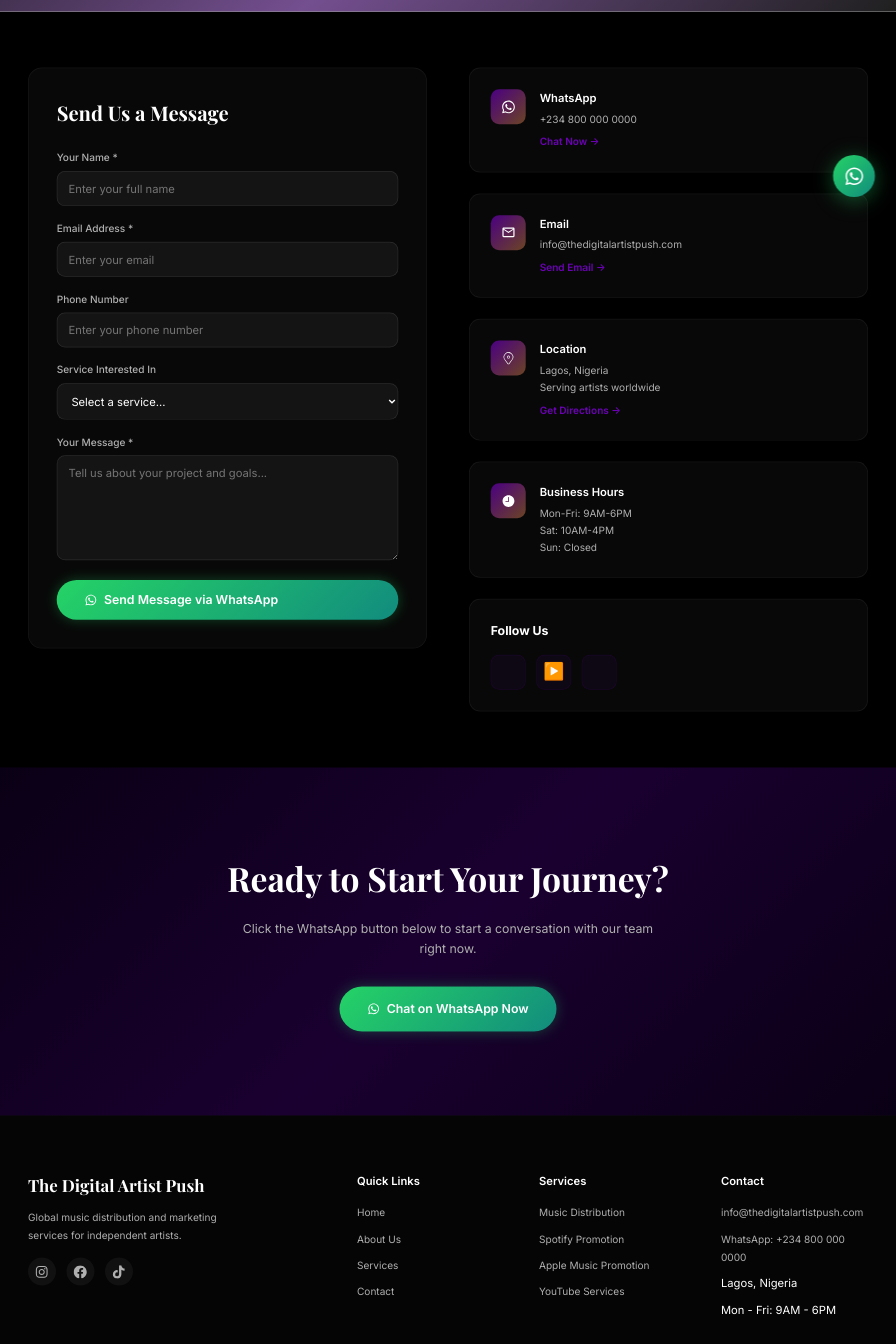
Repository: Ikebobo11/thedigitalartistpush
Page: /contact (app in tdap/)
An editor plug-in stored every save of this project. The page is shown before and after a run of saves, followed by the edit.
The browser window is 1280 px wide. The pictures show the part of the page from y = 408 to 2328 px (the page is 2437 px tall), at 70% of full size.
Pictures or frames that could not be fetched are drawn as grey boxes. The project was rebuilt for these pictures with package versions that can differ from the ones it lists, and the page was loaded fresh each time. Also part of the build but not shown: tdap/vite.config.js, tdap/src/data/servicesData.js, tdap/src/pages/Home.jsx, tdap/src/pages/About.jsx, tdap/src/pages/Services.jsx.

Above is the page before, as saved 2026-06-10 10:44:16.

After the next 2 saves:
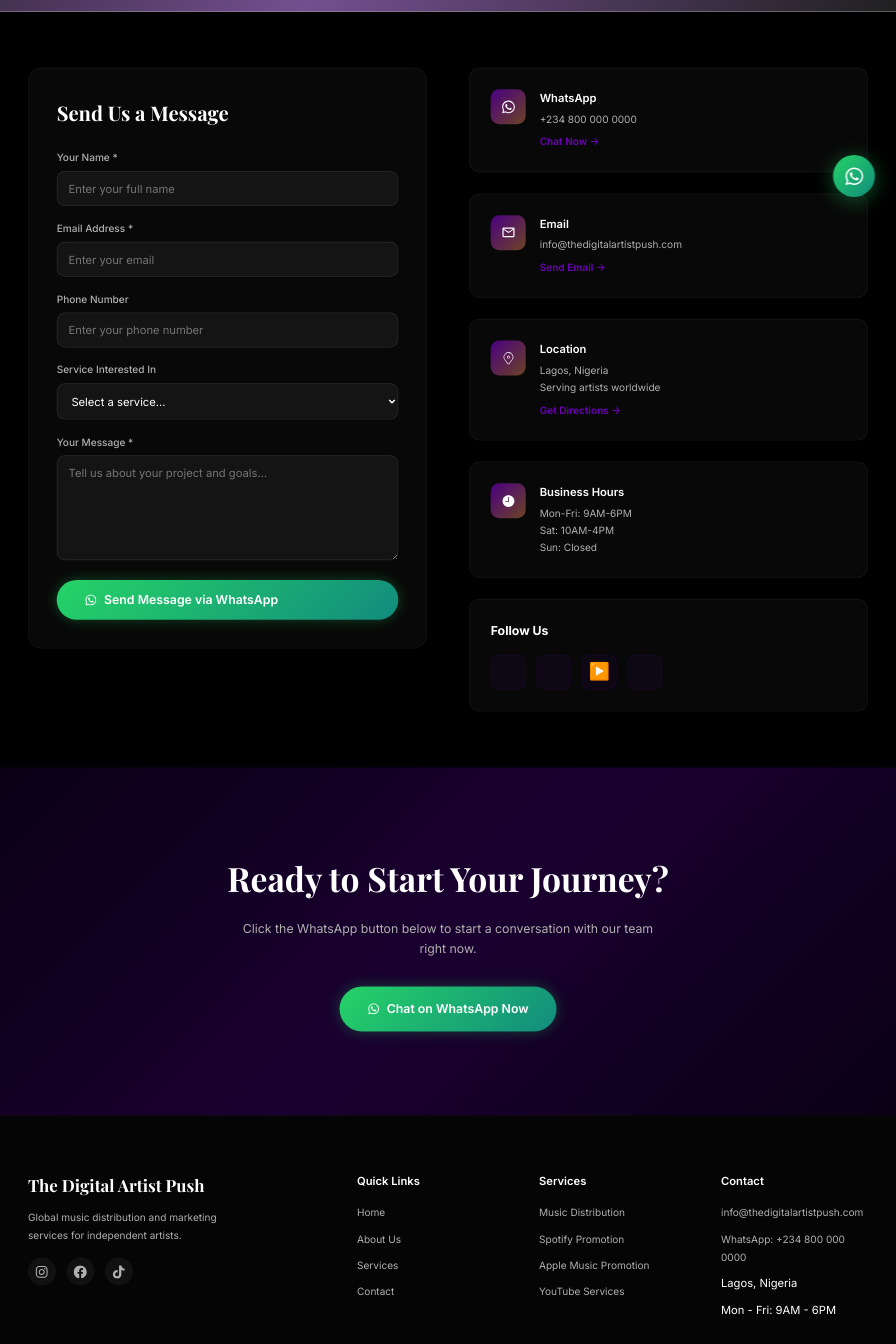
The 2 saves are shown as one change because they came seconds apart.
The last was saved 9 s later.
--- a/tdap/src/pages/Contact.jsx
+++ b/tdap/src/pages/Contact.jsx
@@ -27,7 +27,7 @@ function Contact() {
     { icon: IoIosTime, title:'Business Hours', details:'Mon-Fri: 9AM-6PM\nSat: 10AM-4PM\nSun: Closed', action:'#', actionText:null },
   ]
   const socialLinks = [
-    // { icon: FaInstagram, name:'Instagram', url:'#' }, { icon:'🐦', name:'X (Twitter)', url:'#' },
+    { icon: FaInstagram, name:'Instagram', url:'#' },
     { icon: FaFacebook, name:'Facebook', url:'#' }, { icon:'▶️', name:'YouTube', url:'#' },
     { icon: FaTiktok, name:'TikTok', url:'#' },
   ]
